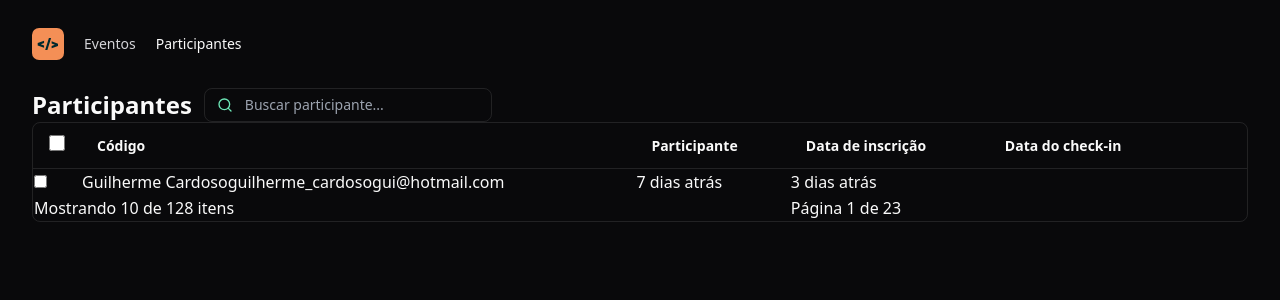
Repository: guilhermecardoso93/nlw-unite-react-2024
Page: /
These files come from the project's save history. The page is drawn as it stood at one moment and after the next save; the edit follows.
The browser window is 1280 px wide. The pictures show the whole page.
The project was rebuilt for these pictures with package versions that can differ from the ones it lists, and the page was loaded fresh each time. Also part of the build but not shown: vite.config.ts.

Above is the page before, as saved 2024-04-01 21:46:34.

### src/App.tsx
import { Header } from "./components/header";
import { AttendeeList } from "./components/attendee-list";

export function App() {

  return (
    <div className="max-w-[1216px] mx-auto py-5 flex flex-col gap-5">
      <Header />
      <AttendeeList />
    </div>
  )
}

### src/components/header.tsx
import Logo from "../assets/nlw-unite-icon.svg";

export function Header() {
  return (
    <div className="flex items-center gap-5 py-2">
      <img src={Logo} alt="logo" />

      <nav className="flex items-center gap-5">
        <a href="" className="font-medium text-sm text-zinc-300">Eventos</a>
        <a href="" className="font-medium text-sm">Participantes</a>
      </nav>
    </div>
  );
}

### src/components/attendee-list.tsx
import { Search } from "lucide-react";

//ChevronLeft,  ChevronRight,  ChevronsLeft,  ChevronsRight,  MoreHorizontal,

export function AttendeeList() {
  return (
    <div>
      <div className="flex gap-3 items-center">
        <h1 className="text-2xl font-bold">Participantes</h1>
        <div className="px-3 py-1.5 border border-white/10 rounded-lg text-sm w-72 flex items-center gap-3">
          <Search className="size-4 text-emerald-300" />
          <input
            placeholder="Buscar participante..."
            className="bg-transparent flex-1 outline-none"
          />
        </div>
      </div>

      <div className="border border-white/10 rounded-lg">
        <table className="w-full  ">
        <thead>
            <tr className="border-b border-white/10">
              <th
                style={{ width: 48 }}
                className="py-3 px-4 text-sm font-semibold text-left"
              >
                <input type="checkbox" className="size-4 bg-black/20 rounded border border-white/10" />
              </th>
              <th className="py-3 px-4 text-sm font-semibold text-left">Código</th>
              <th className="py-3 px-4 text-sm font-semibold text-left">Participante</th>
              <th className="py-3 px-4 text-sm font-semibold text-left">
                Data de inscrição
              </th>
              <th className="py-3 px-4 text-sm font-semibold text-left">
                Data do check-in
              </th>
              <th
                style={{ width: 64 }}
                className="py-3 px-4 text-sm font-semibold text-left"
              ></th>
            </tr>
          </thead>
          <tbody>
            <tr>
              <td>
                <input type="checkbox" />
              </td>
              <td>
                <div>
                  <span>Guilherme Cardoso</span>
                  <span>guilherme_cardosogui@hotmail.com</span>
                </div>
              </td>
              <td>7 dias atrás</td>
              <td>3 dias atrás</td>
              <td></td>
            </tr>
          </tbody>
          <tfoot>
            <tr>
              <td colSpan={3}>Mostrando 10 de 128 itens</td>
              <td colSpan={3}>Página 1 de 23</td>
            </tr>
          </tfoot>
        </table>
      </div>
    </div>
  );
}

### tailwind.config.js
/** @type {import('tailwindcss').Config} */
export default {
  content: [
    "./index.html",
    "./src/**/*.{js,ts,jsx,tsx}"
  ],
  theme: {
    extend: {},
  },
  plugins: [
    //require('@tailwindcss/forms')
  ],
}

Loaded but not shown: index.html (common file); src/main.tsx (common file); src/index.css (common file)

After the next save:
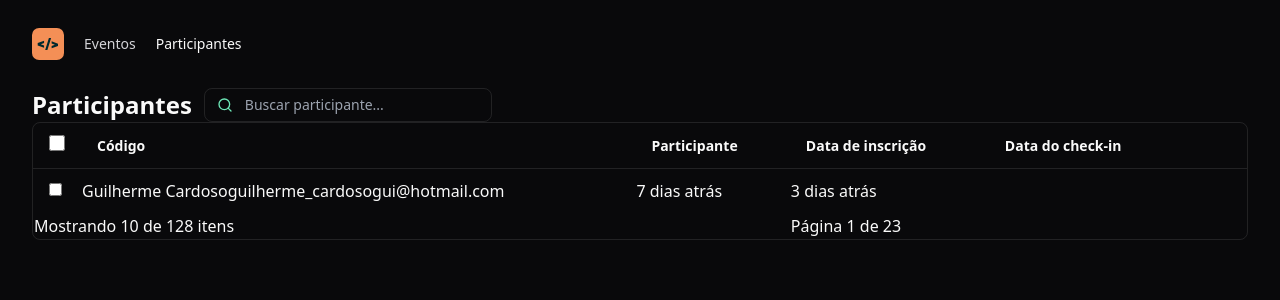
Saved 63 s later.
--- a/src/components/attendee-list.tsx
+++ b/src/components/attendee-list.tsx
@@ -18,16 +18,23 @@ export function AttendeeList() {
 
       <div className="border border-white/10 rounded-lg">
         <table className="w-full  ">
-        <thead>
+          <thead>
             <tr className="border-b border-white/10">
               <th
                 style={{ width: 48 }}
                 className="py-3 px-4 text-sm font-semibold text-left"
               >
-                <input type="checkbox" className="size-4 bg-black/20 rounded border border-white/10" />
+                <input
+                  type="checkbox"
+                  className="size-4 bg-black/20 rounded border border-white/10"
+                />
               </th>
-              <th className="py-3 px-4 text-sm font-semibold text-left">Código</th>
-              <th className="py-3 px-4 text-sm font-semibold text-left">Participante</th>
+              <th className="py-3 px-4 text-sm font-semibold text-left">
+                Código
+              </th>
+              <th className="py-3 px-4 text-sm font-semibold text-left">
+                Participante
+              </th>
               <th className="py-3 px-4 text-sm font-semibold text-left">
                 Data de inscrição
               </th>
@@ -42,7 +49,7 @@ export function AttendeeList() {
           </thead>
           <tbody>
             <tr>
-              <td>
+              <td className="py-3 px-4 text-sm">
                 <input type="checkbox" />
               </td>
               <td>
